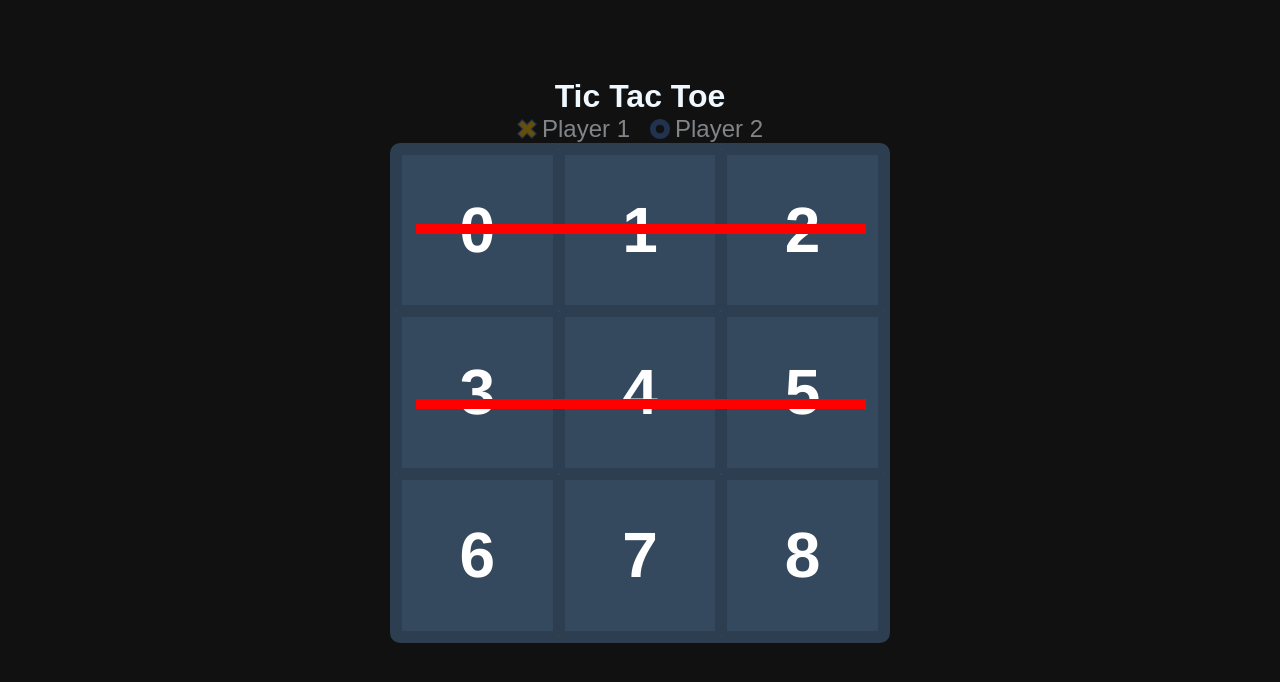
Repository: richardlieknis/tictactoe
Page: index.html
The author's editor kept a copy of each file at every save. The page is drawn from the files as they stood at one save, then again after the next save.
The browser window is 1280 px wide. The pictures show the whole page.

Above is the page before, as saved 2022-12-08 14:32:54.

### index.html
<!DOCTYPE html>
<html lang="en">

<head>
    <meta charset="UTF-8" />
    <meta http-equiv="X-UA-Compatible" content="IE=edge" />
    <meta name="viewport" content="width=device-width, initial-scale=1.0" />
    <title>TicTacToe</title>
    <link rel="stylesheet" href="css/style.css" />
    <link rel="stylesheet" href="css/mobile.css" />

    <script src="main.js"></script>
</head>

<body>
    <div class="maincontainer">
        <h1>Tic Tac Toe</h1>
        <div class="players">
            <div id="player1" class="inactive">
                <img src="src/img/cross.png" /> Player 1
            </div>
            <div id="player2" class="inactive">
                <img src="src/img/circle.png" /> Player 2
            </div>
        </div>
        <div class="gameField">
            <div class="box" id="0" onclick="playerPlace(0)">0</div>
            <div class="box" id="1" onclick="playerPlace(1)">1</div>
            <div class="box" id="2" onclick="playerPlace(2)">2</div>
            <div class="box" id="3" onclick="playerPlace(3)">3</div>
            <div class="box" id="4" onclick="playerPlace(4)">4</div>
            <div class="box" id="5" onclick="playerPlace(5)">5</div>
            <div class="box" id="6" onclick="playerPlace(6)">6</div>
            <div class="box" id="7" onclick="playerPlace(7)">7</div>
            <div class="box" id="8" onclick="playerPlace(8)">8</div>
            <div class="lines">
                <div class="line" style="top: 75px; left: 20px"></div>
                <div class="line" style="top: 250px; left: 20px"></div>
                <div class="line" style="top: 75px; left: 20px"></div>
                <div class="line" style="top: 75px; left: 20px"></div>
                <div class="line" style="top: 75px; left: 20px"></div>
                <div class="line" style="top: 75px; left: 20px"></div>
                <div class="line" style="top: 75px; left: 20px"></div>
                <div class="line" style="top: 75px; left: 20px"></div>
            </div>
        </div>
    </div>
</body>

</html>

### css/style.css
* {
    margin: 0;
    padding: 0;
    box-sizing: border-box;
}

body {
    font-family: sans-serif;
    color: aliceblue;
    background-color: #111;
}

.players {
    display: flex;
    align-items: center;
    justify-content: center;
    gap: 20px;
}

#player1,
#player2 {
    display: flex;
    align-items: center;
    gap: 5px;
    font-size: 24px;
}

.inactive {
    opacity: 0.5;
}

.players img {
    width: 20px;
}

.maincontainer {
    display: flex;
    justify-content: center;
    align-items: center;
    flex-direction: column;
    height: 100vh;
}

.gameField {
    position: relative;
    width: 500px;
    height: 500px;
    margin: 0 auto;
    background-color: #34495e;
    color: #fff;
    border: 6px solid #2c3e50;
    border-radius: 10px;
    display: grid;
    grid-template: repeat(3, 1fr) / repeat(3, 1fr);
}

.box {
    border: 6px solid #2c3e50;
    border-radius: 2px;
    font-family: Helvetica;
    font-weight: bold;
    font-size: 4em;
    display: flex;
    justify-content: center;
    align-items: center;
    cursor: pointer;
}

.box:hover {
    background-color: #416080;
}

.line {
    position: absolute;
    width: 450px;
    height: 10px;
    background-color: #f00;
}

### main.js
const circle = document.getElementById('circle');
const cross = document.getElementById('cross');
const gameover = document.getElementById('gameover');

let fields = [0, 1, 2, 3, 4, 5, 6, 7, 8];
let currentPlayer = 'cross';
let win = false;

let winFields = [
    [0, 1, 2],
    [3, 4, 5],
    [6, 7, 8],
    [0, 3, 6],
    [1, 4, 7],
    [2, 5, 8],
    [0, 4, 8],
    [2, 4, 6]
]

function playerPlace(id) {
    let fieldHtml = document.getElementById(id);
    if (fields[id] < 9 && !win) {
        if (currentPlayer === 'circle') {
            fields[id] = 'circle';
            fieldHtml.innerHTML = `<img src="src/img/circle.png">`;
            checkWin();
            currentPlayer = 'cross';
            document.getElementById('player1').classList.remove('inactive');
            document.getElementById('player2').classList.add('inactive');
        } else if (currentPlayer === 'cross') {
            fields[id] = 'cross';
            fieldHtml.innerHTML = `<img src="src/img/cross.png">`;
            checkWin();
            currentPlayer = 'circle';
            document.getElementById('player2').classList.remove('inactive');
            document.getElementById('player1').classList.add('inactive');
        }
    }
}

function checkWin() {
    for (let i = 0; i < winFields.length; i++) {
        if (fields[winFields[i][0]] === fields[winFields[i][1]] &&
            fields[winFields[i][1]] === fields[winFields[i][2]]) {
            console.log("GEWONNEN:", currentPlayer);
            win = true;
        }
    }

}

function resetGame() {
    win = false;
    for (let i = 0; i < 9; i++) {
        let fieldHtml = document.getElementById(i);
        fields = [0, 1, 2, 3, 4, 5, 6, 7, 8];
        fieldHtml.innerHTML = "";
    }
}

Loaded but not shown: css/mobile.css (no stored copy; drawn as an empty file)

After the next save:
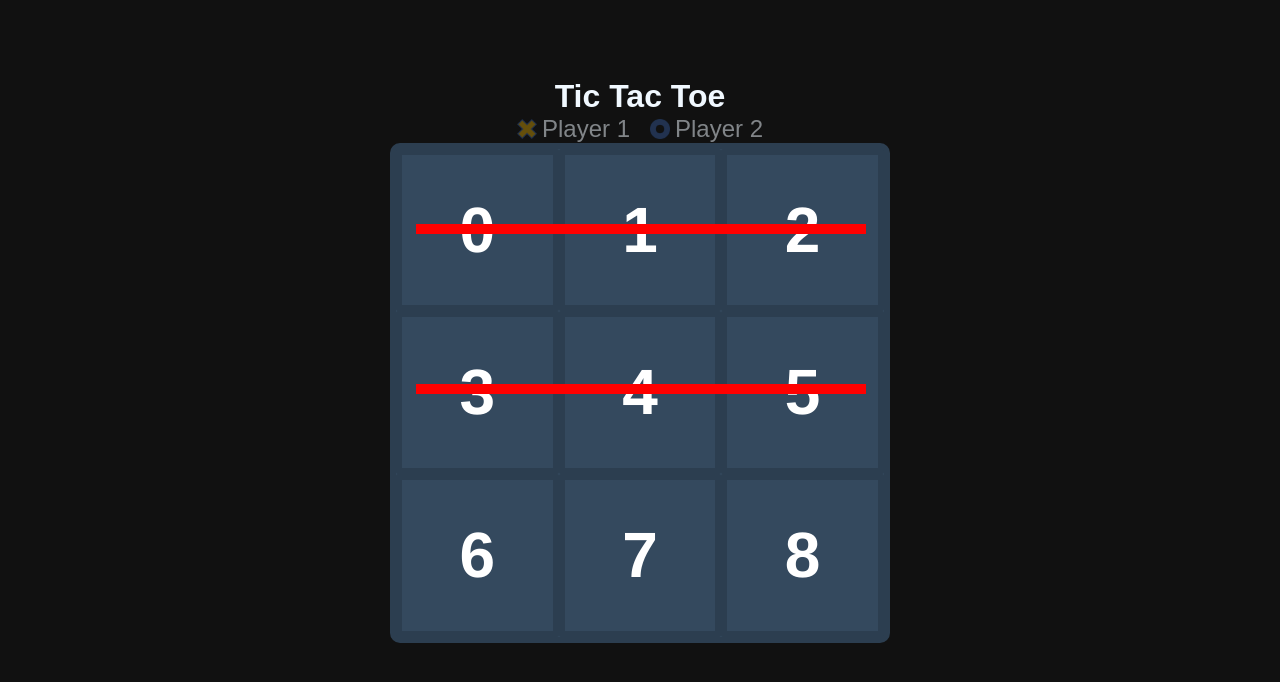
Saved 12 s later.
--- a/index.html
+++ b/index.html
@@ -35,7 +35,7 @@
             <div class="box" id="8" onclick="playerPlace(8)">8</div>
             <div class="lines">
                 <div class="line" style="top: 75px; left: 20px"></div>
-                <div class="line" style="top: 250px; left: 20px"></div>
+                <div class="line" style="top: 235px; left: 20px"></div>
                 <div class="line" style="top: 75px; left: 20px"></div>
                 <div class="line" style="top: 75px; left: 20px"></div>
                 <div class="line" style="top: 75px; left: 20px"></div>
